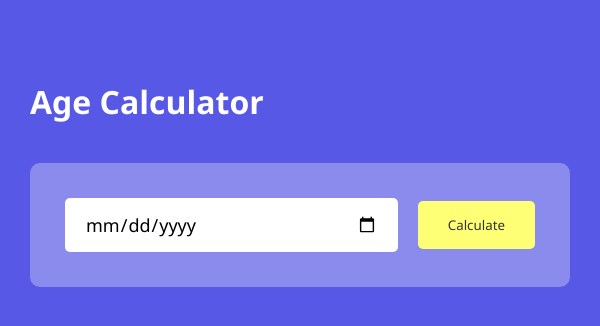
Repository: Thamayanthi-Narayanan/Age-Calculator
Page: index.html
These files come from the project's save history. The page is drawn as it stood at one moment and after the next save; the edit follows.
The browser window is 600 px wide. The pictures show the whole page.

Above is the page before, as saved 2025-05-23 15:11:27.

### index.html
<!DOCTYPE html>
<html lang="en">
<head>
    <meta charset="UTF-8">
    <meta name="viewport" content="width=device-width, initial-scale=1.0">
    <title>Age Calculator</title>
    <link rel="stylesheet" href="style.css">
</head>
<body>
    <div class="container">
        <div class="calculator">
            <h1>Age Calculator</h1>
            <div class="input-box">
                <input type="date" id="date">
                <button onclick="calculateAge()">Calculate</button>
            </div>
            <p id="result"></p>
        </div>
    </div>

    <script>
        let userInput = document.getElementById("date");
        // to calculate todays date and past date not the future date
        userInput.max = new Date().toISOString().split("T")[0];
        let result = document.getElementById ("result");
        // function for calculating age

        function calculateAge(){
            let birthDate = new Date(userInput.value); // when we select any date in the input-box that will be stored here

            // then we need the each information day month and yr
            let d1 = birthDate.getDate();
            let m1 = birthDate.getMonth() +1; // +1 is for the month will start from the zero
            let y1 = birthDate.getFullYear();

            // todays date to calculate the diff (current date)
            let today = new Date();

            let d2 = today.getDate();
            let m2 = today.getMonth() +1;
            let y2 = today.getFullYear();

            // save the diff (yr diff)

            let d3, m3, y3;

            y3 = y2 - y1;

            if(m2 >=m1){ // todays month is greater thean birth month
                m3 = m2 - m1;
            }else{
                y3--; // we will dec the value of yrs
                m3 = 12 + m2 - m1;
            }

            // day diff

            if (d2 >=d1){
                d3 = d2 - d1;
            }else {
                m3--;
                d3 = getDaysInMonth(y1, m1) + d2 - d1;
            }
            // if the months get negative bcoz we are minusing m3--
            if(m3 < 0){
                m3 = 11;
                y3--; // we will decrease the yr
            }
            result.innerHTML = `You are <span>${y3}</span> years, <span>${m3}</span> months and <span>${d3}</span> days old`;
        }

        function getDaysInMonth(year,month){
            return new Date(year,month ,0).getDate(); // it will retuen last date of the month
        }
    </script>
</body>
</html>

### style.css
*{
    margin: 0;
    padding: 0;
    font-family: 'Segoe UI', Tahoma, Geneva, Verdana, sans-serif;
    box-sizing: border-box;
}
.container{
    width: 100%;
    min-height: 100vh;
    background-color: rgb(88, 88, 230);
    color: #fff;
    padding: 10px;
}
.calculator{
    width: 100%;
    max-width: 600px;
    margin-left: 10%;
    margin-top: 10%;
}
.calculator h1{
    font-size: 60px;
}
.input-box{
    margin: 40px 0;
    padding: 35px;
    border-radius: 10px;
    background-color: rgba(255, 255, 255, 0.3);
    display: flex;
    align-items: center;
}
.input-box input{
    flex: 1;
    margin-right: 20px;
    padding: 14px 20px;
    border: 0;
    outline: 0;
    font-size: 18px;
    border-radius: 5px;
    position: relative;
}
.input-box button{
    background: #ffff76;
    border: 0;
    outline: 0;
    padding: 15px 30px;
    border-radius: 5px;
    font-weight: 500;
    color: #333;
    cursor: pointer;
}

#result{
    font-size: 20px;
}
#result span{
    color: #f6f87ce5;
}

@media (min-width:768px){
    .input-box{
        flex-direction: row;
        align-items: center;
    }
    .input-box input{
        flex: 1;
        margin-right: 20px;
    }
    .input-box button{
        white-space: nowrap;
    }
}

@media (max-width: 767px){
    .calculator{
        margin-left: 0;
        margin-top: 50px;
        padding: 20px;
    }
    .calculator h1{
        font-size: 2rem;
        text-align: ;
    }
}

After the next save:
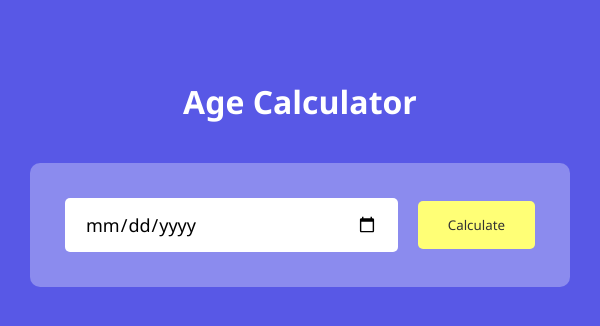
Saved 5 s later.
--- a/style.css
+++ b/style.css
@@ -78,6 +78,7 @@
     }
     .calculator h1{
         font-size: 2rem;
-        text-align: ;
+        text-align: center;
     }
+    .in
 }
